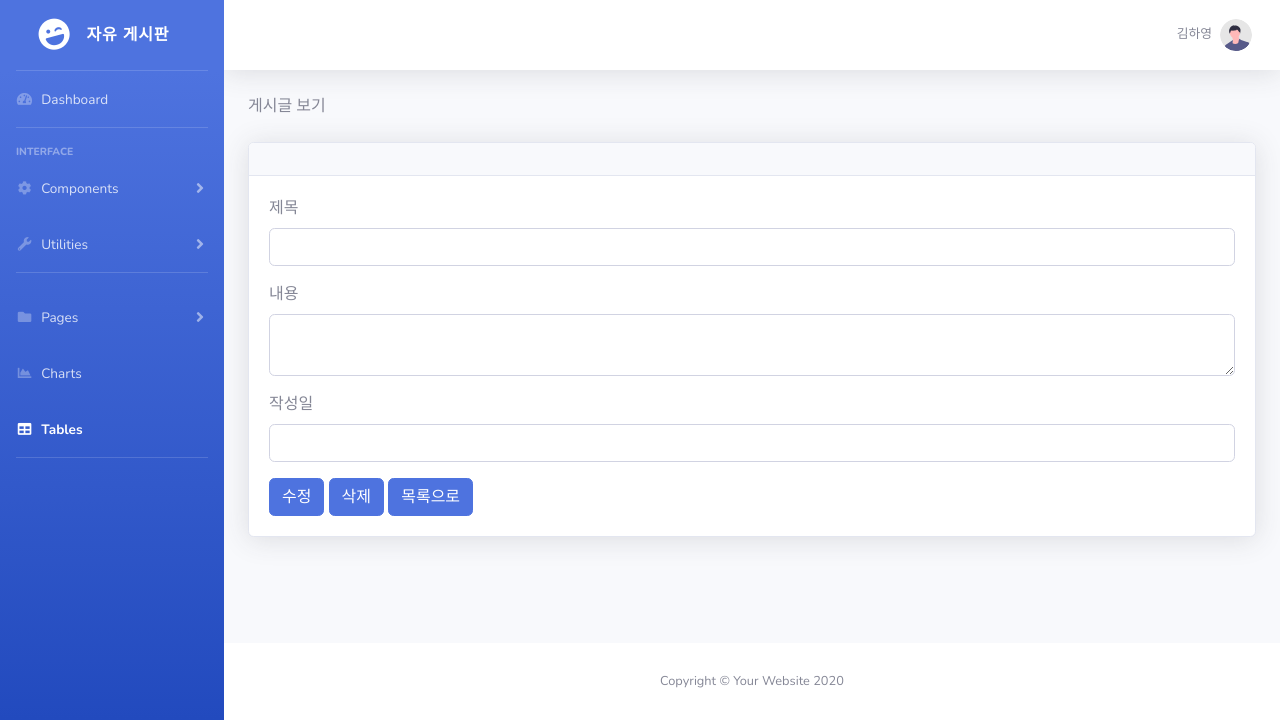
Repository: kimhayoungee/restBoard
Page: http://localhost/board/WEB-INF/views/board/detail.jsp
An editor plug-in stored every save of this project. The page is shown before and after the next save, followed by the edit.
The browser window is 1280 px wide. The pictures show the whole page.
The page is served by Tomcat 9. Nobody is signed in. The template is opened directly, without the code that normally fills it, so the values that code supplies are empty.

Above is the page before, as saved 2021-03-04 12:24:32.

After the next save:
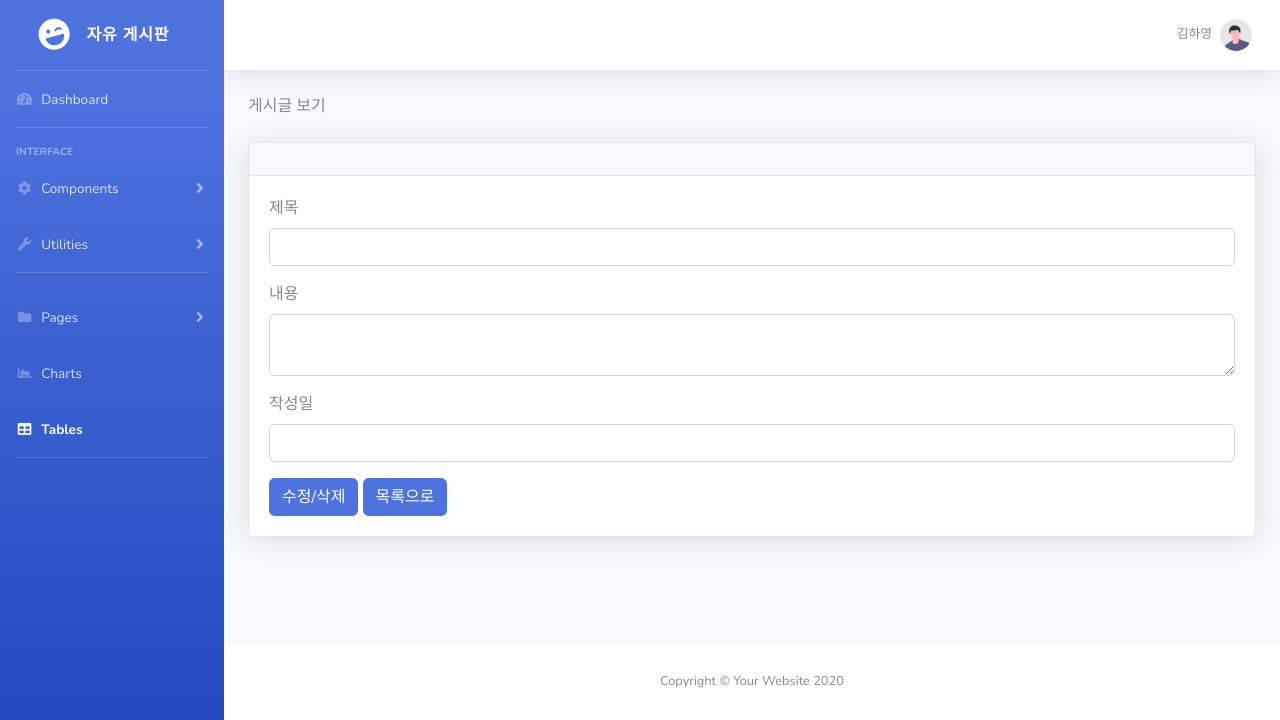
Saved 49 s later.
--- a/board/src/main/webapp/WEB-INF/views/board/detail.jsp
+++ b/board/src/main/webapp/WEB-INF/views/board/detail.jsp
@@ -229,8 +229,7 @@
 
                          <form action="/board/detail" method="post">
                         	<input type="hidden" name='bno' value='<c:out value="${bvo.bno}"/>'>
-                        	<button type="submit" data-oper='modify' class="btn btn-primary">수정</button>
-                        	<button type="submit" data-oper='remove' class="btn btn-primary">삭제</button>
+                        	<button type="submit" data-oper='modify' class="btn btn-primary">수정/삭제</button>
                         	<button type="submit" data-oper='list' class="btn btn-primary">목록으로</button>
                         </form>
                         </div>
